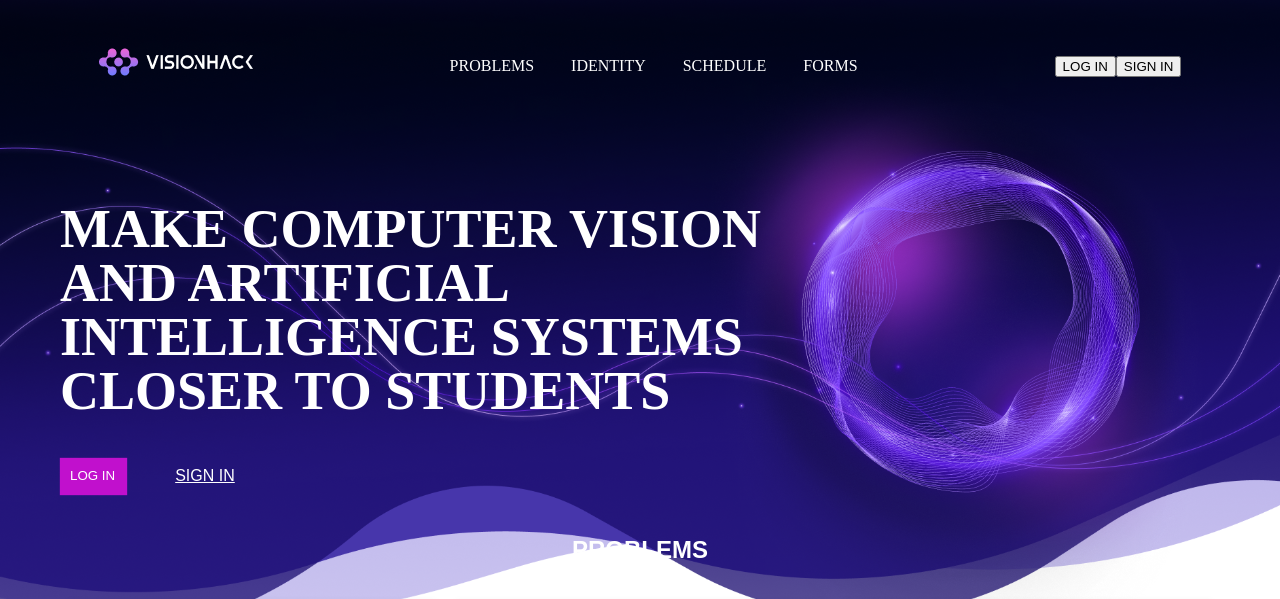
Repository: krmvz/VisionHack
Page: /
An editor plug-in stored every save of this project. The page is shown before and after a run of saves, followed by the edit.
The browser window is 1280 px wide. The pictures show the part of the page from y = 0 to 599 px (the page is 1824 px tall).
Pictures or frames that could not be fetched are drawn as grey boxes. Backgrounds fixed to the window are drawn as part of the page. The project was rebuilt for these pictures with package versions that can differ from the ones it lists, and the page was loaded fresh each time.

Above is the page before, as saved 2024-05-25 01:50:21.

After the next 2 saves:
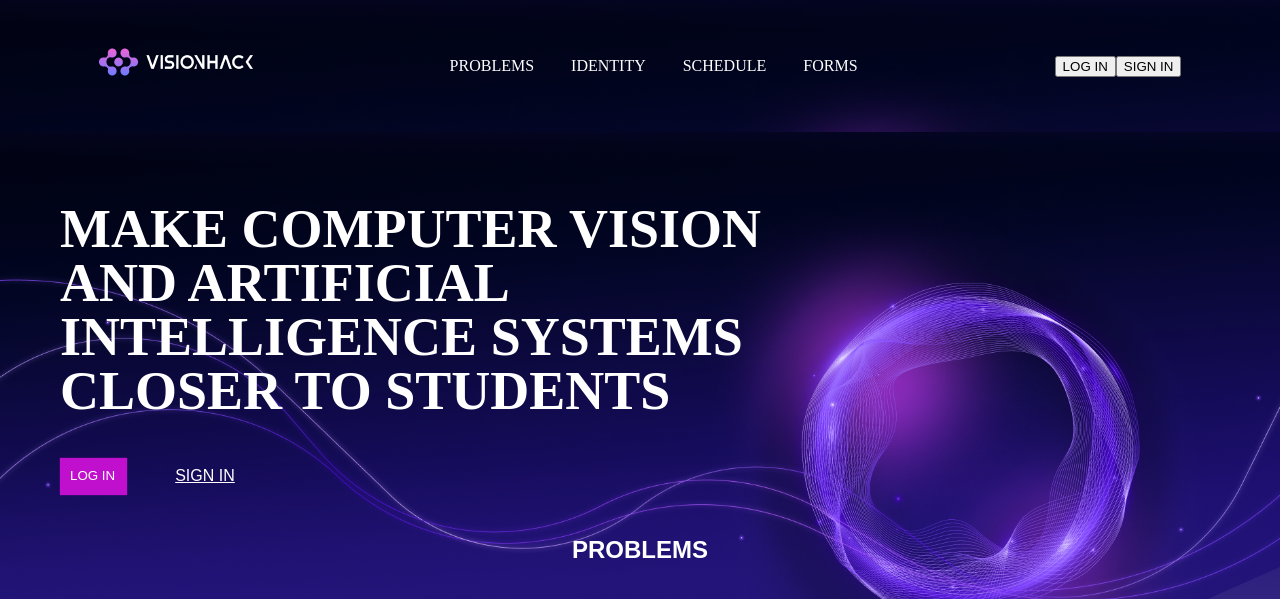
The 2 saves are shown as one change because 1 did not build or start.
The last was saved 9 s later.
--- a/src/App.scss
+++ b/src/App.scss
@@ -52,7 +52,7 @@
 
 
 
-body{
+.mainPage{
   background-image: url('./images/mainbgi.png')!important;
   background-size: cover; // Options: cover, contain, auto
   background-position: center; // Options: top, bottom, left, right, center
